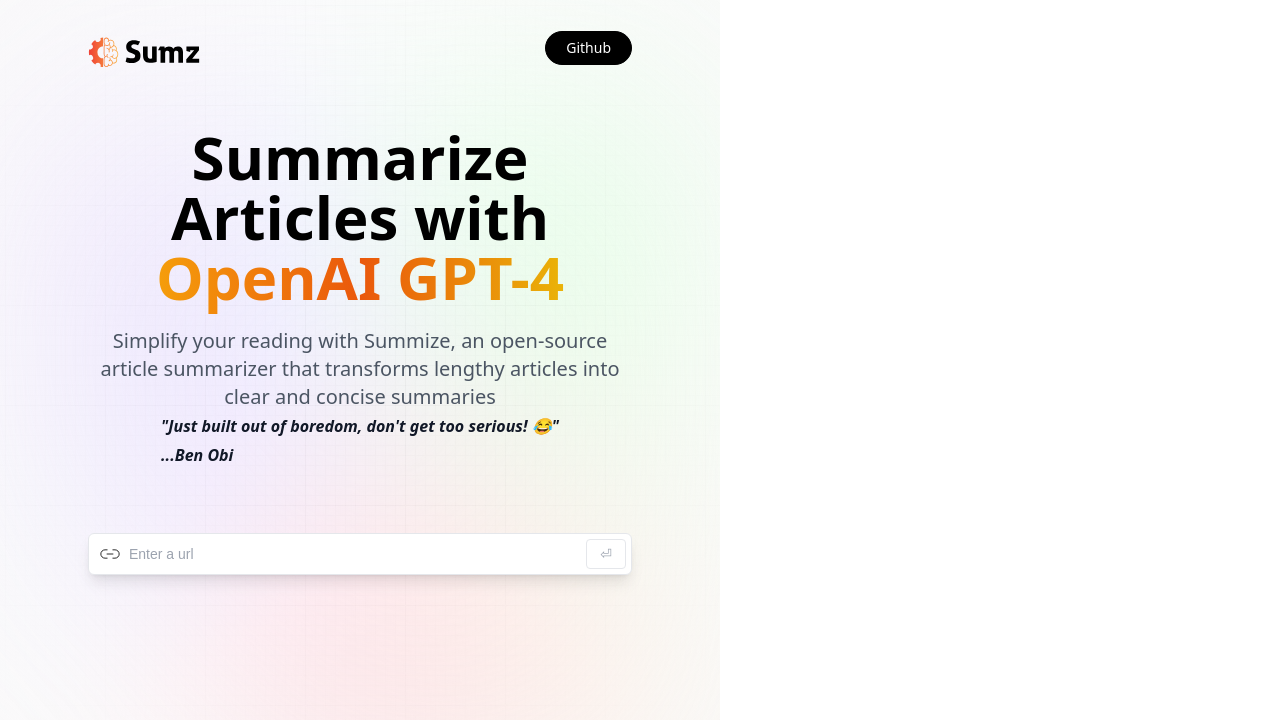
Repository: specialobyno/chatgpt-4
Page: /
The author's editor kept a copy of each file at every save. The page is drawn from the files as they stood at one save, then again after the next save.
The browser window is 1280 px wide. The pictures show the whole page.
The page's requests for data from a server got no answer. An inner scrolling area shows only its first screen. Some web fonts or font styles are not loaded; a fallback is used. The project was rebuilt for these pictures with package versions that can differ from the ones it lists, and the page was loaded fresh each time. No one was signed in, and anything a server would have sent is missing. Also part of the build but not shown: vite.config.ts.

Above is the page before, as saved 2023-04-24 03:26:00.

### index.html
<!DOCTYPE html>
<html lang="en">
  <head>
    <meta charset="UTF-8" />
    <link rel="icon" type="image/svg+xml" href="/favicon.ico" />
    <meta name="viewport" content="width=device-width, initial-scale=1.0" />
    <link
      href="https://api.fontshare.com/v2/css?f[]=satoshi@1,900,700,500,300,400&display=swap"
      rel="stylesheet"
    />
    <link rel="preconnect" href="https://fonts.googleapis.com" />
    <link rel="preconnect" href="https://fonts.gstatic.com" crossorigin />
    <link
      href="https://fonts.googleapis.com/css2?family=Inter:wght@100;200;300;400;500;600;700;800;900&display=swap"
      rel="stylesheet"
    />
    <title>OpenAI Article Summarizer</title>
    <style>
      html { overflow:auto; }
      body {overflow: auto; }
    </style>
  </head>
  <body>
    <div id="root"></div>
    <script type="module" src="/src/main.tsx"></script>
  </body>
</html>

### src/main.tsx
import React from 'react'
import ReactDOM from 'react-dom/client'
import { Provider } from "react-redux"
import App from './App.tsx'
import store from './services/store.ts'



ReactDOM.createRoot(document.getElementById('root') as HTMLElement).render(
  <React.StrictMode>
    <Provider store={store} >
       <App />
    </Provider>

  </React.StrictMode>,
)

### src/App.tsx


import Demo from './components/Demo'
import Hero from './components/Hero'

import './App.css'
const App = () => {

  return (
    <main>
        <div className='main'>
            <div className="gradient" />
            <div className="app">
                <Hero />
                <Demo />
            </div>
        </div>
    </main>
  )
}

export default App

### src/services/store.ts
import { configureStore } from "@reduxjs/toolkit";
import { articleApi } from "./article";

const store = configureStore({
    reducer: {
        [articleApi.reducerPath] : articleApi.reducer
    },
    middleware: (getDefaultMiddleware) => getDefaultMiddleware().concat(articleApi.middleware)
})
export type RootState = ReturnType<typeof store.getState>
export default store

### src/components/Demo.tsx
import { FormEvent, useEffect, useState } from "react"
import copy from "../assets/copy.svg"
import linkIcon from "../assets/link.svg"
import loader from "../assets/loader.svg"
import tick from "../assets/tick.svg"
import { useLazyGetSummaryQuery } from "../services/article"

const Demo = () => {
  const [article, setArticle] = useState<{
    url: string
    summary: string
  }>({
    url: "",
    summary: "",
  })
  const [getSummary, {error, isFetching}] = useLazyGetSummaryQuery()
  const [allArticles, setAllArticles] = useState<{ summary: any; url: string; }[]>([])
  useEffect(()=> {
    const unParsedArticlesFromLocalStorage = localStorage.getItem('articles')
    const articlesFromLocalStorage = unParsedArticlesFromLocalStorage ? JSON.parse(unParsedArticlesFromLocalStorage) : []
    setAllArticles(articlesFromLocalStorage)
  }, [])
  const [copied1, setCopied1] = useState("")
  const [copied2, setCopied2] = useState("")
  const handleSubmit = async (e: FormEvent<HTMLFormElement>) => {
    e.preventDefault()
    const { data } = await getSummary({articleUrl: article.url})
    if(data?.summary){
      const newArticle = {...article, summary: data.summary}
      const updatedAllArticles = [newArticle, ...allArticles]
      setArticle(newArticle)
      setAllArticles(updatedAllArticles)
      localStorage.setItem('articles', JSON.stringify(updatedAllArticles))
    }
  }
  const handleCopy = (text: string, setFunc: (arg0: string) => any) => {
    navigator.clipboard.writeText(text)
    setFunc(text)
    setTimeout(() => setFunc(''), 3000)
  }
  return (
    <section className="mt-16 w-full max-w-xl">
      <div className="flex flex-col w-full gap-2">
        <form onSubmit={handleSubmit} className="relative flex justify-center items-center">
          <img src={linkIcon} alt="link" className="absolute left-0 my-2 ml-3 w-5" />
          <input
            type="url"
            placeholder="Enter a url"
            value={article.url}
            onChange={(e) => setArticle({ ...article, url: e.target.value })}
            required
            className="url_input peer text-green-900"
          />
          <button type="submit" className="submit_btn peer-focus:border-gray-700 peer-focus:text-gray-700">
            ⏎
          </button>
        </form>
        <div className="flex flex-col gap-1 max-h-60 overflow-y-auto">
          {allArticles.map((item, index) =>(
            <div
            key={`link-${index}`}
            className="link_card"
            >
              <div className="copy_btn" onClick={() => handleCopy(item.url, setCopied1)}>
                <img src={copied1 === item.url ? tick : copy} alt="copy_icon" className="w-[40%] h-[40%] object-contain " />
              </div>
              <p
              onClick={() => setArticle(item)}
              className="flex-1 font-satoshi text-blue-700 font-medium text-sm truncate">
                {item.url}
              </p>
            </div>
          ))}
        </div>
      </div>
      <div className="my-10 max-w-full flex justify-center">
            {isFetching ? (
              <img src={loader} alt="loader" className="w-20 h-20 object-contain" />
            ) : (
              error ? (
                <p className="font-inter font-bold text-black text-center">
                  Ops! That wasn't supposed to happen
                  <br />
                  <span className="font-satoshi font-normal text-gray-700">
                    {(error as any).data.message}
                  </span>
                </p>
              ) : (
                article.summary && (
                  <div className="flex flex-col gap3">
                    <h2 className="font-satoshi font-bold text-gray-600 text-xl">
                      Article <span className="blue_gradient">Summary</span>
                    </h2>
                    <div className="summary_box">
                      <p className="text-justify font-inter font-medium text-sm text-gray-700">{article.summary}</p>
                    </div>
                    <div className="flex  justify-end p-2 w-full" >
                      <button
                      disabled={copied2 === article.summary}
                      type="button"
                      className="bg-gradient-to-r from-orange-400 via-red-500 to-pink-500 hover:from-pink-500 hover:to-yellow-500 text-white text-sm font-bold py-2 px-4 rounded-full"
                      onClick={()=> handleCopy(article.summary, setCopied2)}
                      >
                        {copied2 === article.summary ? (
                          <small>Copied</small>
                        ): (
                          <small>Copy Summary</small>
                        )}
                      </button>
                    </div>
                  </div>

                )
              )
            ) }
      </div>
    </section>
  )
}

export default Demo

### src/components/Hero.tsx
import logo from "../assets/logo.svg"

const Hero = () => {
  return (
    <header className="w-full flex justify-center items-center flex-col">
      <nav className="flex justify-between items-center w-full mb-10 pt-3">
        <img src={logo} alt="Logo" className="w-28 object-contain" />
        <button type="button" onClick={() => window.open("https://github.com/specialobyno")} className="black_btn">
          Github
        </button>
      </nav>
      <h1 className="head_text">
        Summarize Articles with <br className="max-md:hidden" />
        <span className="orange_gradient">OpenAI GPT-4</span>
      </h1>
      <h2 className="desc">
        Simplify your reading with Summize, an open-source article summarizer that transforms lengthy articles into
        clear and concise summaries
      </h2>

      <h3>
        <blockquote className="text-xl italic font-semibold text-gray-900 ">
          <p><small>"Just built out of boredom, don't get too serious! 😂"</small></p>
          <p ><small>...Ben Obi</small></p>
        </blockquote>
      </h3>
    </header>
  )
}

export default Hero

### src/App.css
@tailwind base;
@tailwind components;
@tailwind utilities;

/*
  Note: The styles for this gradient grid background is heavily inspired by the creator of this amazing site (https://dub.sh) – all credits go to them!
*/

.main {
  width: 100vh;
  min-height: 100vh;
  height: 100%;
  position: fixed;
  display: flex;
  justify-content: center;
  padding: 120px 24px 160px 24px;
  overflow: auto;
}

.main:before {
  background: radial-gradient(circle, rgba(2, 0, 36, 0) 0, #fafafa 100%);
  position: absolute;
  content: "";
  z-index: 2;
  width: 100%;
  height: 100%;
  top: 0;
}

.main:after {
  content: "";
  background-image: url("/src/assets/grid.svg");
  z-index: 1;
  position: absolute;
  width: 100%;
  height: 100%;
  top: 0;
  opacity: 0.4;
  filter: invert(1);
}

.gradient {
  height: fit-content;
  z-index: 3;
  width: 100%;
  max-width: 640px;
  background-image: radial-gradient(
      at 27% 37%,
      hsla(215, 98%, 61%, 1) 0px,
      transparent 0%
    ),
    radial-gradient(at 97% 21%, hsla(125, 98%, 72%, 1) 0px, transparent 50%),
    radial-gradient(at 52% 99%, hsla(354, 98%, 61%, 1) 0px, transparent 50%),
    radial-gradient(at 10% 29%, hsla(256, 96%, 67%, 1) 0px, transparent 50%),
    radial-gradient(at 97% 96%, hsla(38, 60%, 74%, 1) 0px, transparent 50%),
    radial-gradient(at 33% 50%, hsla(222, 67%, 73%, 1) 0px, transparent 50%),
    radial-gradient(at 79% 53%, hsla(343, 68%, 79%, 1) 0px, transparent 50%);
  position: absolute;
  content: "";
  width: 100%;
  height: 100%;
  filter: blur(100px) saturate(150%);
  top: 80px;
  opacity: 0.15;
}

@media screen and (max-width: 640px) {
  .main {
    padding: 0;
  }
}

/* Tailwind Styles */

.app {
  @apply relative z-10 flex justify-center items-center flex-col max-w-7xl mx-auto sm:px-16 px-6;
}

.black_btn {
  @apply rounded-full border border-black bg-black py-1.5 px-5 text-sm text-white transition-all hover:bg-white hover:text-black;
}

.head_text {
  @apply mt-5 text-5xl font-extrabold leading-[1.15] text-black sm:text-6xl text-center;
}

.orange_gradient {
  @apply bg-gradient-to-r from-amber-500 via-orange-600 to-yellow-500 bg-clip-text text-transparent;
}

.desc {
  @apply mt-5 text-lg text-gray-600 sm:text-xl text-center max-w-2xl;
}

.url_input {
  @apply block w-full rounded-md border border-gray-200 bg-white py-2.5 pl-10 pr-12 text-sm shadow-lg font-satoshi font-medium focus:border-black focus:outline-none focus:ring-0;
}

.submit_btn {
  @apply hover:border-gray-700 hover:text-gray-700 absolute inset-y-0 right-0 my-1.5 mr-1.5 flex w-10 items-center justify-center rounded border border-gray-200 font-sans text-sm font-medium text-gray-400;
}

.link_card {
  @apply p-3 flex justify-start items-center flex-row bg-white border border-gray-200 gap-3 rounded-lg cursor-pointer;
}

.copy_btn {
  @apply w-7 h-7 rounded-full bg-white/10 shadow-[inset_10px_-50px_94px_0_rgb(199,199,199,0.2)] backdrop-blur flex justify-center items-center cursor-pointer;
}

.blue_gradient {
  @apply font-black bg-gradient-to-r from-blue-600 to-cyan-600 bg-clip-text text-transparent;
}

.summary_box {
  @apply rounded-xl border border-gray-200 bg-white/20 shadow-[inset_10px_-50px_94px_0_rgb(199,199,199,0.2)] backdrop-blur p-4;
}

### src/services/article.ts
import { createApi, fetchBaseQuery } from "@reduxjs/toolkit/query/react"

const rapidApiKey = import.meta.env.VITE_RAPID_API_ARTICLE_KEY
export const articleApi = createApi({
    reducerPath: "articleApi",
    baseQuery: fetchBaseQuery({
        baseUrl: 'https://article-extractor-and-summarizer.p.rapidapi.com/',
        prepareHeaders: (headers) => {
            headers.set('content-type', 'application/octet-stream')
            headers.set('X-RapidAPI-Key', rapidApiKey)
            headers.set('X-RapidAPI-Host', 'article-extractor-and-summarizer.p.rapidapi.com')
            return headers
        }
    }),
    endpoints: (builder) => ({
        getSummary: builder.query({
            query: (params) => {
                console.log(params)
                return `/summarize?url=${encodeURIComponent(params.articleUrl)}&length=3`
            }
        })
    })

})

export const {useLazyGetSummaryQuery} = articleApi

Loaded but not shown: tailwind.config.js (common file)

After the next save:
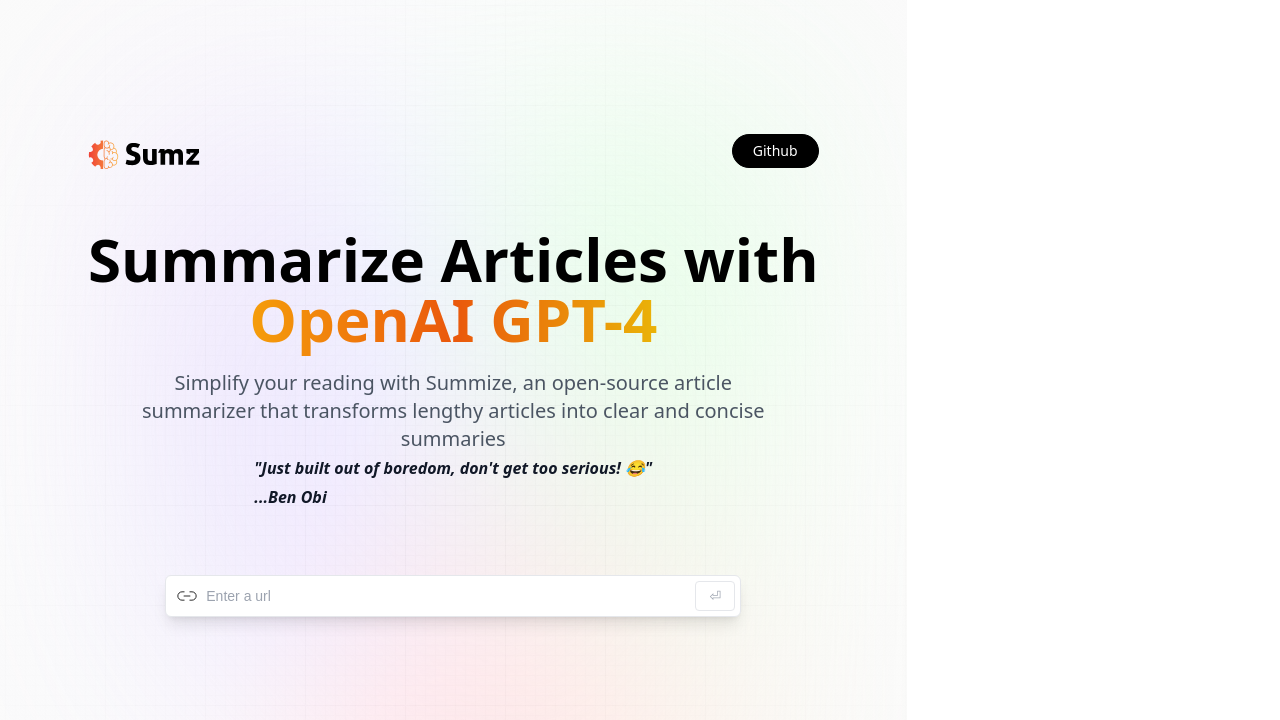
Saved 14 s later.
--- a/src/App.css
+++ b/src/App.css
@@ -7,9 +7,9 @@
 */
 
 .main {
-  width: 100vh;
+  /* width: 100vh;
   min-height: 100vh;
-  height: 100%;
+  height: 100%; */
   position: fixed;
   display: flex;
   justify-content: center;

After the save that followed:
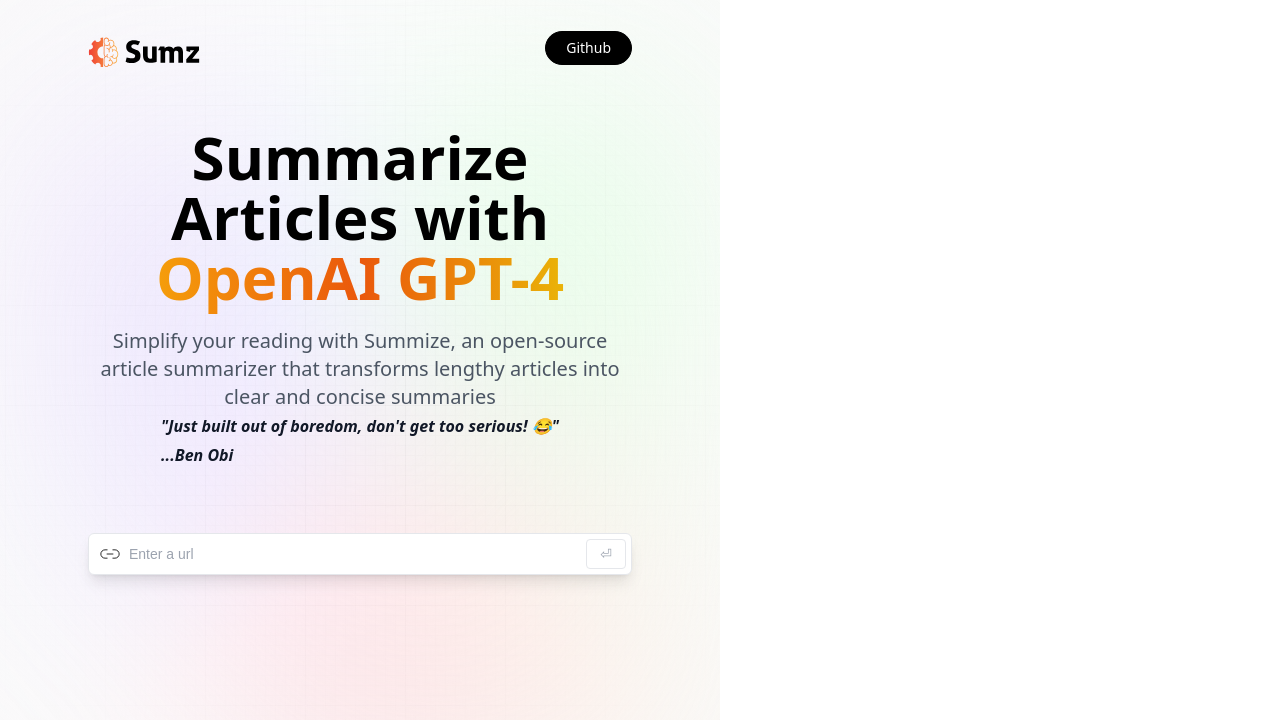
Saved 11 s later.
--- a/src/App.css
+++ b/src/App.css
@@ -7,9 +7,9 @@
 */
 
 .main {
-  /* width: 100vh;
+  width: 100vh;
   min-height: 100vh;
-  height: 100%; */
+  height: 100%;
   position: fixed;
   display: flex;
   justify-content: center;
